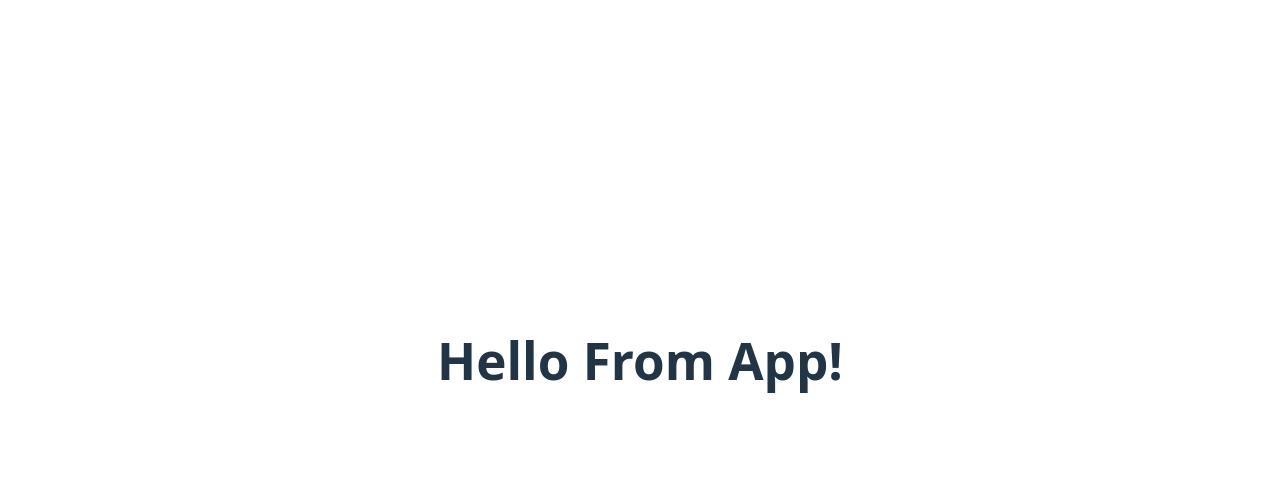
Repository: aurelien-genois/zombieland-front
Page: /
An editor plug-in stored every save of this project. The page is shown before and after the next save, followed by the edit.
The browser window is 1280 px wide. The pictures show the whole page.
The project was rebuilt for these pictures with package versions that can differ from the ones it lists, and the page was loaded fresh each time. Also part of the build but not shown: vite.config.ts.

Above is the page before, as saved 2025-09-13 02:45:29.

After the next save:
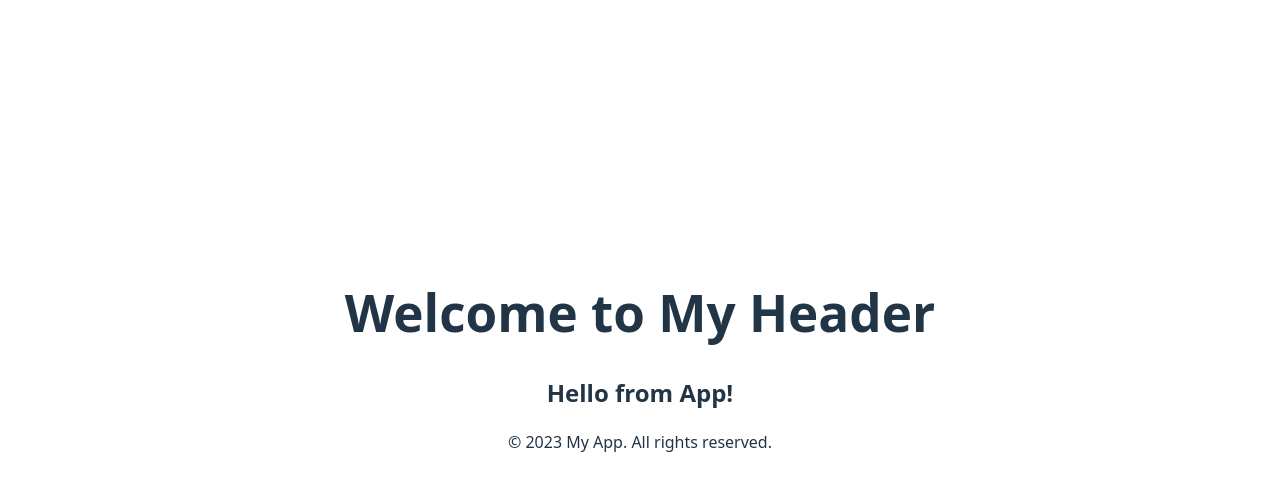
Saved 2 min 34 s later.
--- a/src/components/App/App.tsx
+++ b/src/components/App/App.tsx
@@ -1,4 +1,6 @@
 
+import Footer from '../Footer/Footer'
+import Header from '../Header/Header'
 import './App.css'
 
 function App() {
@@ -6,7 +8,13 @@ function App() {
 
   return (
     <div className="App">
-      <h1>Hello From App!</h1>
+        <Header />
+
+      <div className="main">
+        <h2>Hello from App!</h2>
+      </div>
+        <Footer />
+
     </div>
   )
 }
